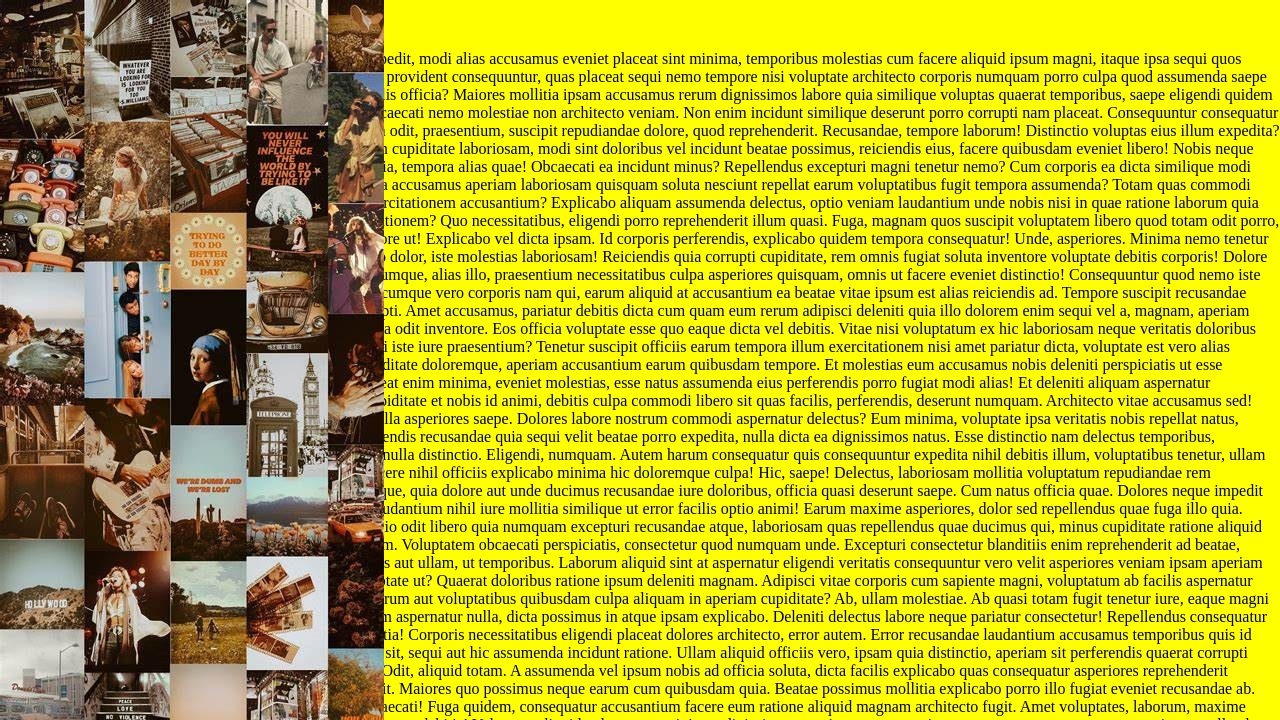
Repository: prathyushaa5/artgallery
Page: index/artists.html
These files come from the project's save history. The page is drawn as it stood at one moment and after the next save; the edit follows.
The browser window is 1280 px wide. The pictures show the whole page.
An inner scrolling area shows only its first screen.

Above is the page before, as saved 2023-11-20 21:25:48.

After the next save:
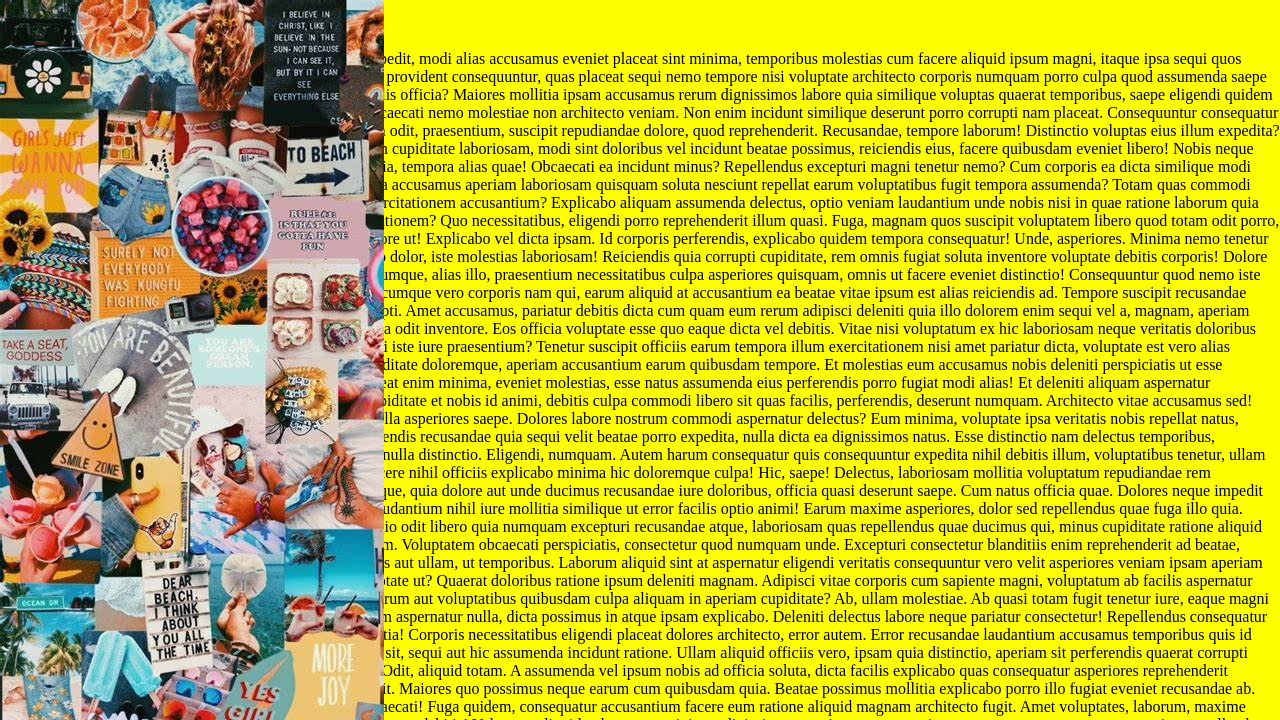
Saved 58 s later.
--- a/index/artists.html
+++ b/index/artists.html
@@ -18,7 +18,7 @@
     top:0;
     left:0;
     width:30%;
-    background:url("../images/art-collage.jpg");
+    background:url("../images/art-collage1.jpg");
 
 }
 

After the save that followed:
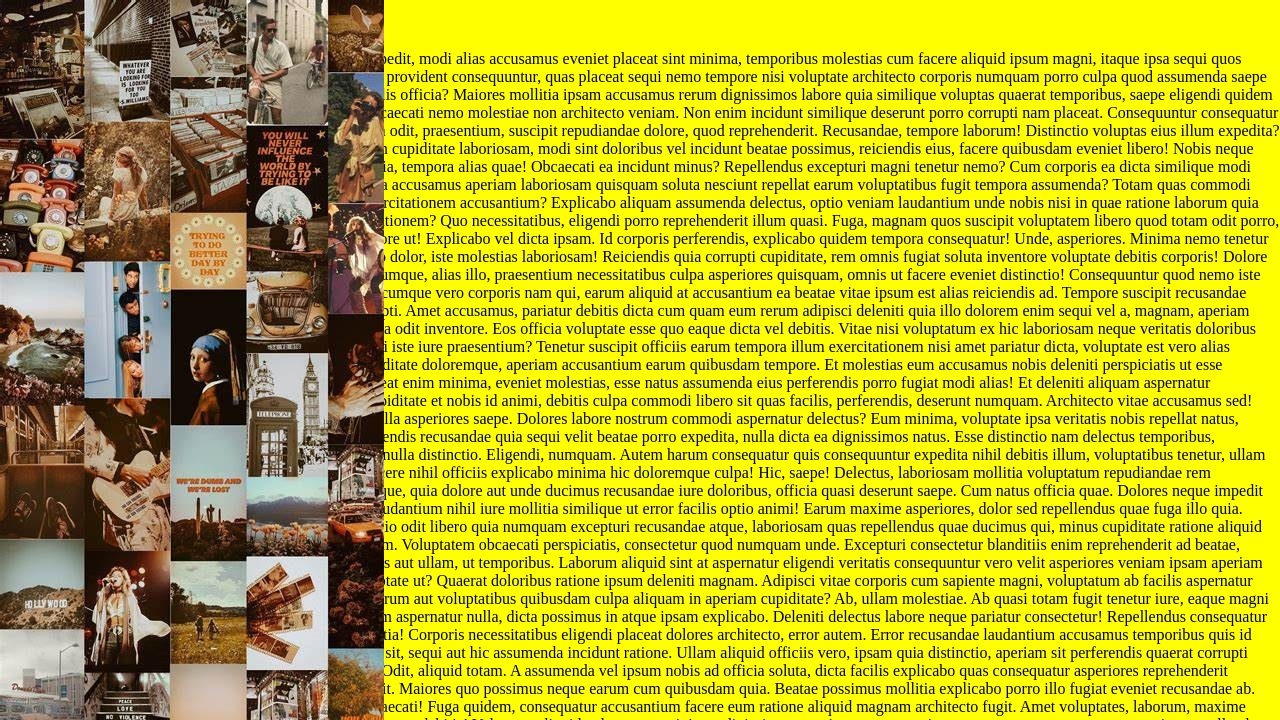
Saved 7 s later.
--- a/index/artists.html
+++ b/index/artists.html
@@ -18,7 +18,7 @@
     top:0;
     left:0;
     width:30%;
-    background:url("../images/art-collage1.jpg");
+    background:url("../images/art-collage.jpg");
 
 }
 
